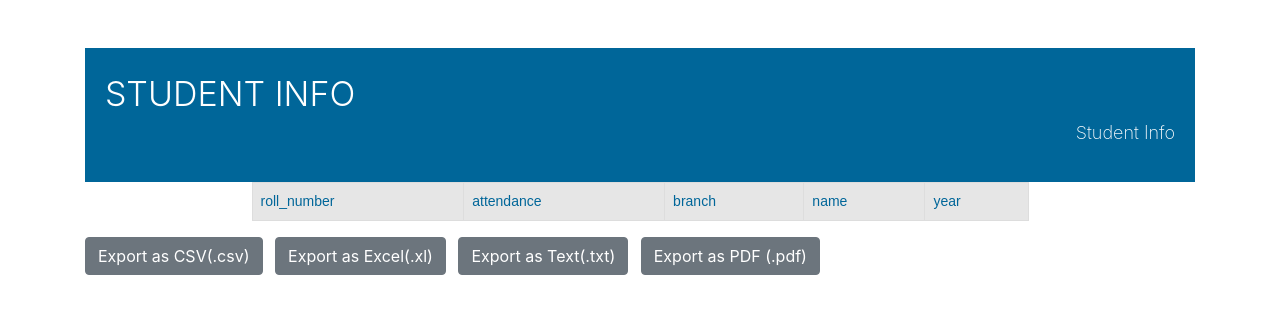
Repository: supranshu/CrystalReportGenerator
Page: http://localhost/produce_report
An editor plug-in stored every save of this project. The page is shown before and after the next save, followed by the edit.
The browser window is 1280 px wide. The pictures show the whole page.
The page is this project's Thymeleaf template; nobody is signed in. The template is opened directly, without the code that normally fills it, so the values that code supplies are empty.

Above is the page before, as saved 2023-08-07 13:00:40.

### com.report/src/main/resources/templates/produce_report.html
<!DOCTYPE html>
<html xmlns:th="http://www.thymeleaf.org">
<head>
    <meta charset="UTF-8">
    <title>Produce Report</title>
    <link rel="stylesheet" href="https://maxcdn.bootstrapcdn.com/bootstrap/4.5.2/css/bootstrap.min.css">
    <style>
        /* Apply CSS styles here to mimic the appearance of the JRXML table */
        /* You can use inline styles or link to an external CSS file */
        /* Example styles to get you started */
        table {
            border-collapse: collapse;
            font-family: "Arial", sans-serif;
            width: 70%;
	        margin: 0 auto; /* Center the table horizontally */



        }
        table tbody tr {
	        border-bottom: 1px solid #666666;
	    }
        th, td {
            padding: 8px;
            text-align: left;
            border: 1px solid #ddd;
        }
        th {
            font-size: 14px;
            font-weight: 100;
            background-color: #E6E6E6;
            color: #006699;

        }
        td {
            font-size: 14px;
            font-weight: 500;
        }

        .page-header {
            background-color: #006699;
            color: #FFFFFF;
            text-align: left;
            font-size: 34px;
            font-weight: 300;
            padding: 20px;
        }
        .page-header p{
        	text-align: right;
        	font-size: 18px;
        	font-weight: 150;

        }
    </style>

</head>

<body>
    <div class="container mt-5">
	        <div class="page-header">
		        STUDENT INFO
		        <p>Student Info</p>
		    </div>

			    <table>
			        <thead>
			            <tr>
			                <th>roll_number</th>
			                <th>attendance</th>
			                <th>branch</th>
			                <th>name</th>
			                <th>year</th>
			            </tr>
			        </thead>
			        <tbody>
			            <!-- Loop through students and generate table rows -->
			            <tr th:each="student : ${students}">
			                <td th:text="${student.rollNumber}">Roll Number</td>
			                <td th:text="${student.attendance}">Attendance</td>
			                <td th:text="${student.branch}">Branch</td>
			                <td th:text="${student.name}">Name</td>
			                <td th:text="${student.year}">Year</td>
			            </tr>
			        </tbody>
			    </table>









        <div class="mt-3">
            <a class="btn btn-secondary mr-2" th:href="@{/export/csv(year=${year}, branch=${branch})}" target="_blank">Export as CSV(.csv)</a>
            <a class="btn btn-secondary mr-2" th:href="@{/export/excel(year=${year}, branch=${branch})}" target="_blank">Export as Excel(.xl)</a>
            <a class="btn btn-secondary mr-2" th:href="@{/export/notepad(year=${year}, branch=${branch})}" target="_blank">Export as Text(.txt)</a>
            <a class="btn btn-secondary" th:href="@{/export/pdf(year=${year}, branch=${branch})}" target="_blank">Export as PDF (.pdf)</a>
        </div>
    </div>


</body>
</html>

After the next save:
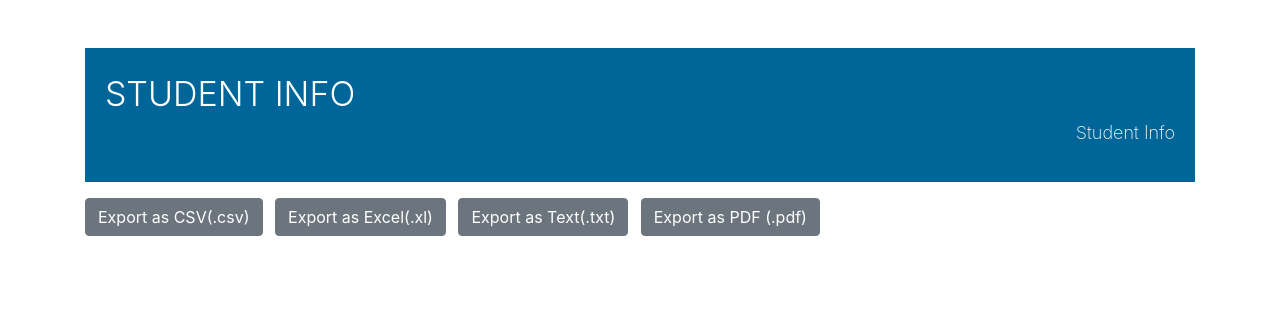
Saved 30 s later.
--- a/com.report/src/main/resources/templates/produce_report.html
+++ b/com.report/src/main/resources/templates/produce_report.html
@@ -17,9 +17,7 @@
 
 
         }
-        table tbody tr {
-	        border-bottom: 1px solid #666666;
-	    }
+
         th, td {
             padding: 8px;
             text-align: left;
@@ -32,6 +30,9 @@
             color: #006699;
 
         }
+        table thead {
+        display: none;
+    }
         td {
             font-size: 14px;
             font-weight: 500;

After the save that followed:
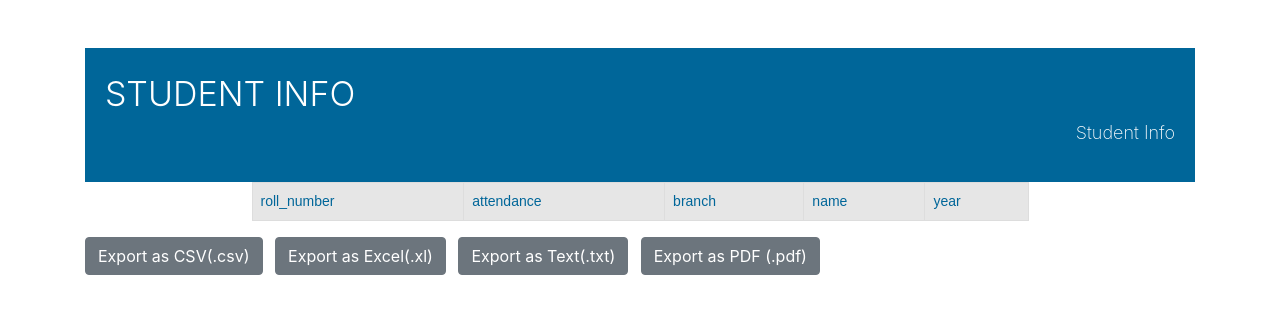
Saved 11 s later.
--- a/com.report/src/main/resources/templates/produce_report.html
+++ b/com.report/src/main/resources/templates/produce_report.html
@@ -30,9 +30,7 @@
             color: #006699;
 
         }
-        table thead {
-        display: none;
-    }
+
         td {
             font-size: 14px;
             font-weight: 500;
